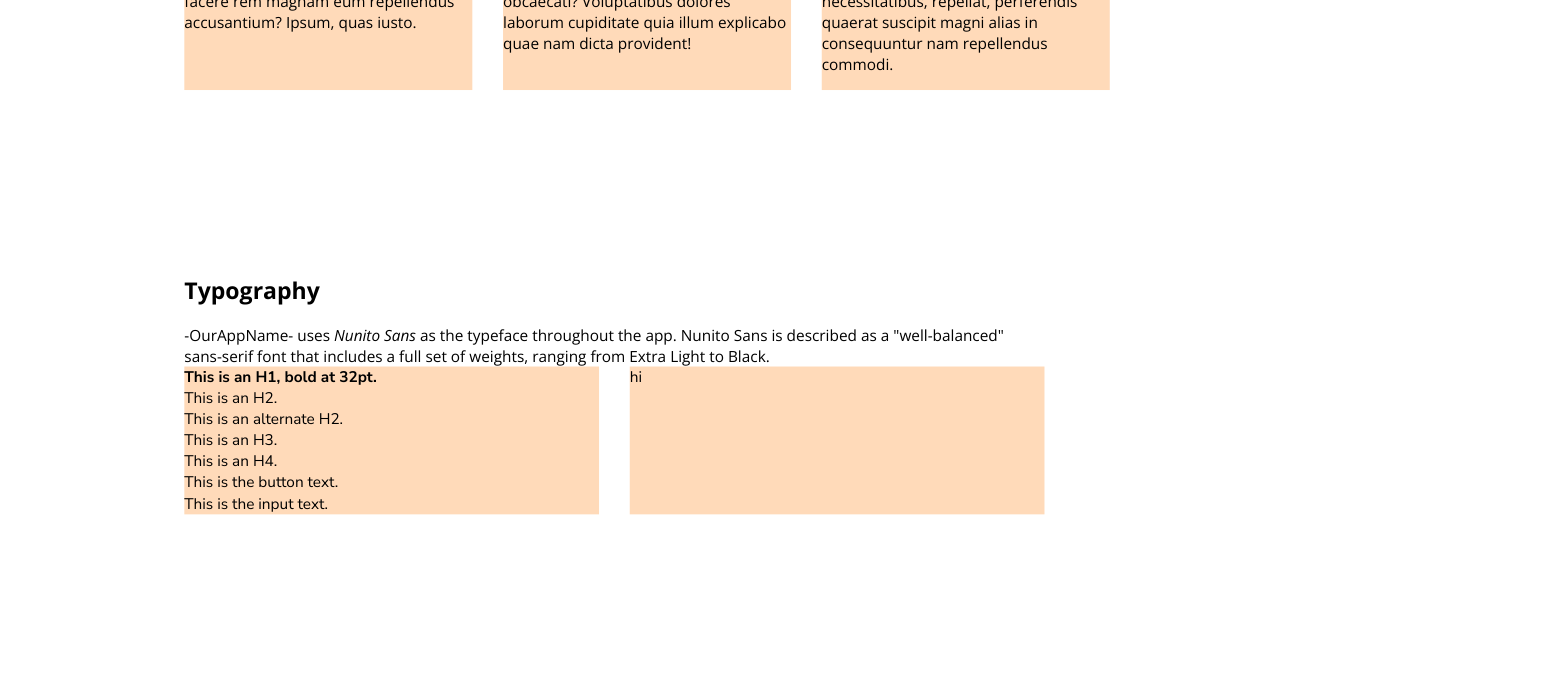
Repository: seohyun9672/Timearth-A6Styleguide
Page: page2.html
The author's editor kept a copy of each file at every save. The page is drawn from the files as they stood at one save, then again after the next save.
The browser window is 1280 px wide. The page is 1632 px wide, so the pictures cover 1632 px, including what lies to the right of the window. The pictures show the part of the page from y = 1530 to 2258 px (the page is 2258 px tall), at 96% of full size.

Above is the page before, as saved 2022-03-20 19:44:34.

After the next save:
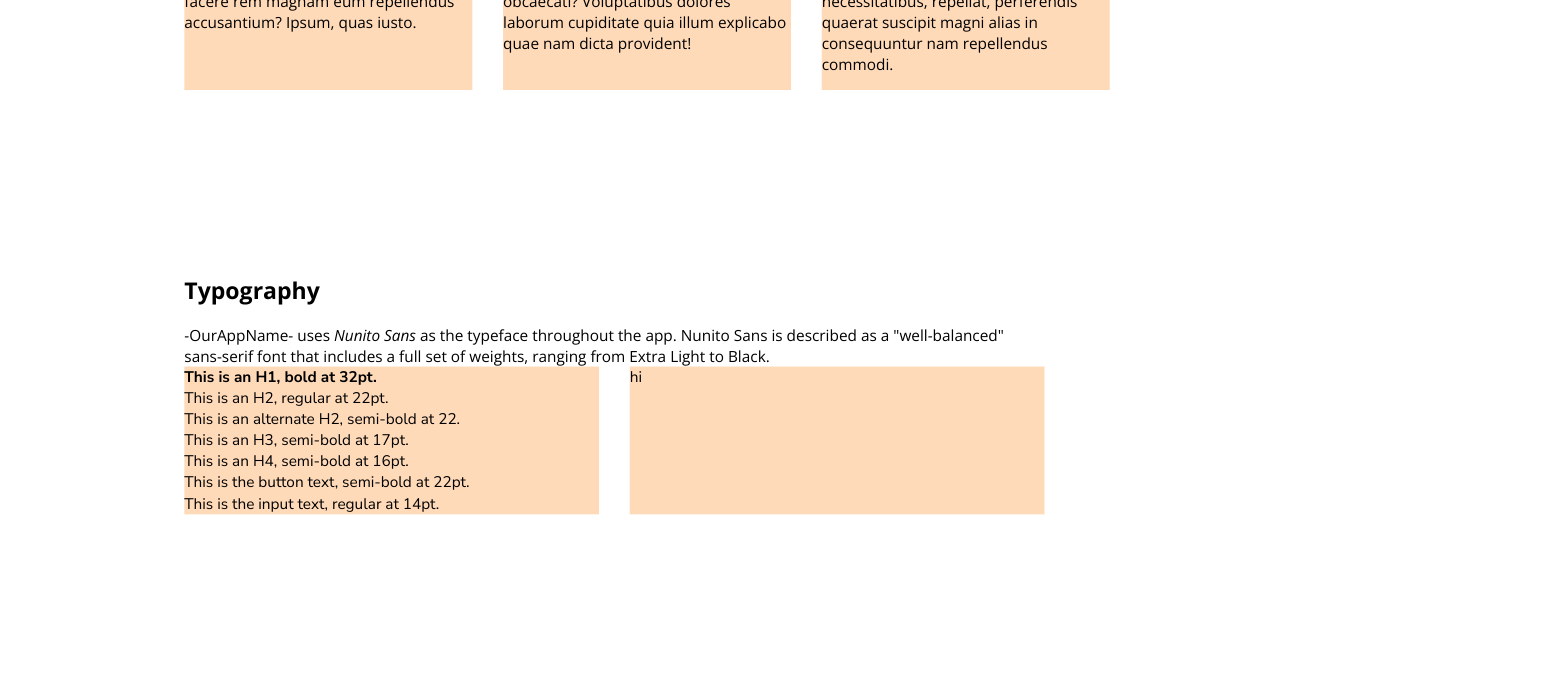
Saved 3 min 5 s later.
--- a/page2.html
+++ b/page2.html
@@ -78,17 +78,17 @@
         <div class="col nunito">
             <div class="nh1">This is an H1, bold at 32pt.</div>
 
-            <div class="nh2">This is an H2.</div>
+            <div class="nh2">This is an H2, regular at 22pt.</div>
 
-            <div class="nh2-2">This is an alternate H2.</div>
+            <div class="nh2-2">This is an alternate H2, semi-bold at 22.</div>
 
-            <div class="nh3">This is an H3.</div>
+            <div class="nh3">This is an H3, semi-bold at 17pt.</div>
 
-            <div class="nh4">This is an H4.</div>
+            <div class="nh4">This is an H4, semi-bold at 16pt.</div>
 
-            <div class="nbtn">This is the button text.</div>
+            <div class="nbtn">This is the button text, semi-bold at 22pt.</div>
 
-            <div class="ninput">This is the input text.</div>
+            <div class="ninput">This is the input text, regular at 14pt.</div>
         </div>
         <div class="col nunito">hi</div>
       </div>
